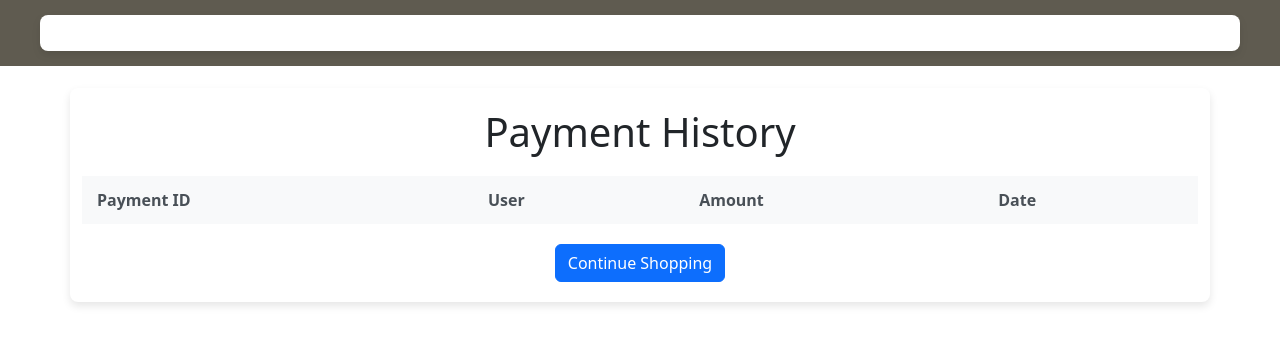
Repository: NagaMounikaY/GroceriesSubscriptionBookingManagement
Page: http://localhost/GroceriesSubBookingSystem/WEB-INF/views/paymentHistory.jsp
An editor plug-in stored every save of this project. The page is shown before and after the next save, followed by the edit.
The browser window is 1280 px wide. The pictures show the whole page.
The page is served by Tomcat 9. Nobody is signed in. The template is opened directly, without the code that normally fills it, so the values that code supplies are empty.

Above is the page before, as saved 2024-09-17 12:38:39.

After the next save:
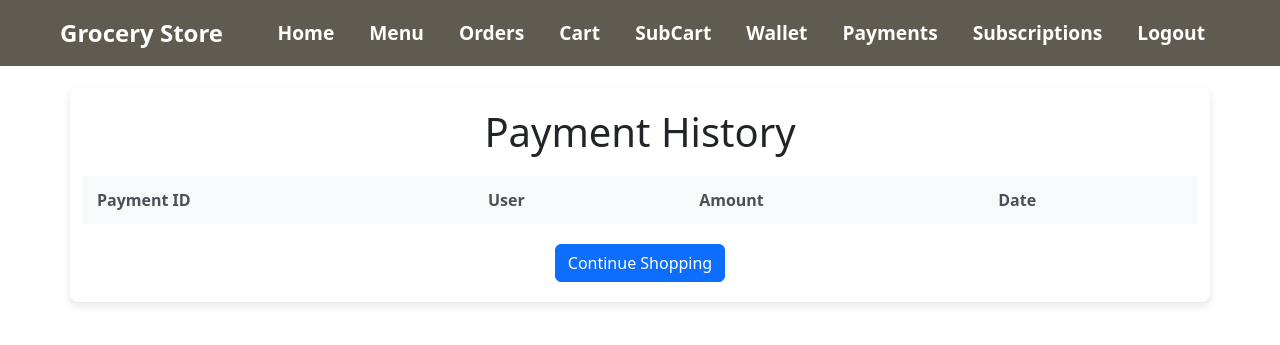
Saved 16 s later.
--- a/GroceriesSubBookingSystem/src/main/webapp/WEB-INF/views/paymentHistory.jsp
+++ b/GroceriesSubBookingSystem/src/main/webapp/WEB-INF/views/paymentHistory.jsp
@@ -17,7 +17,7 @@ body {
 	padding: 0;
 }
 
-.container {
+.hero {
 	width: 90%;
 	max-width: 1200px;
 	margin: 40px auto;
